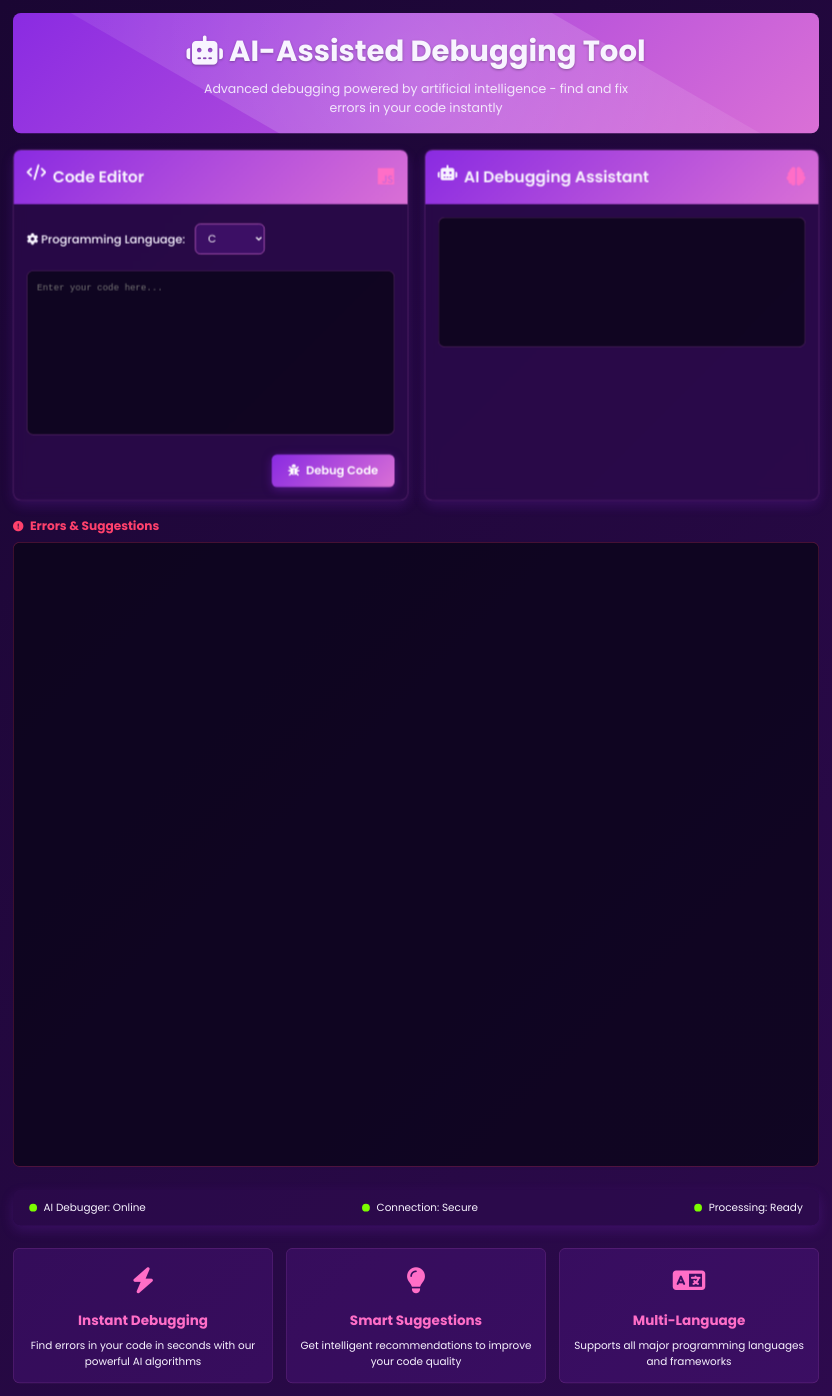
Repository: ujjwalkathait/AI-Asissted_Debugging_tool
Page: Frontend/public/index.html
These files come from the project's save history. The page is drawn as it stood at one moment and after the next save; the edit follows.
The browser window is 1280 px wide. The pictures show the whole page, at 65% of full size.

Above is the page before, as saved 2025-07-13 23:10:13.

After the next save:
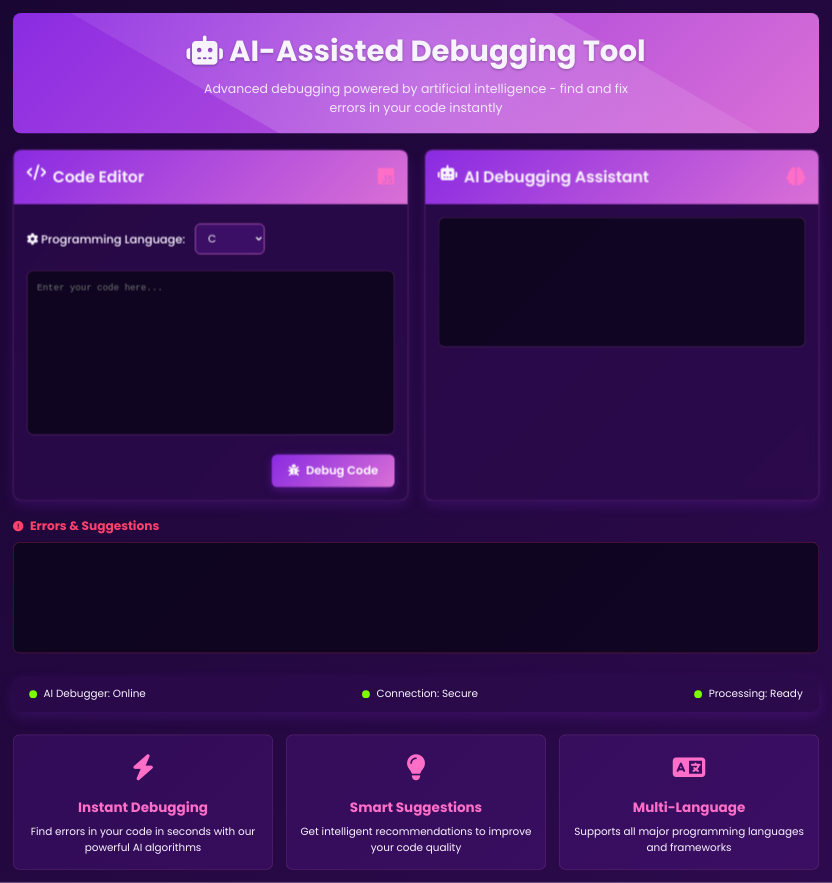
Saved 9 s later.
--- a/Frontend/public/style.css
+++ b/Frontend/public/style.css
@@ -225,7 +225,7 @@ select:focus {
     display: flex;
     flex-direction: column;
     gap: 10px;
-    height: 1000px;
+    height: 210px;
 }
 
 .error-header {
